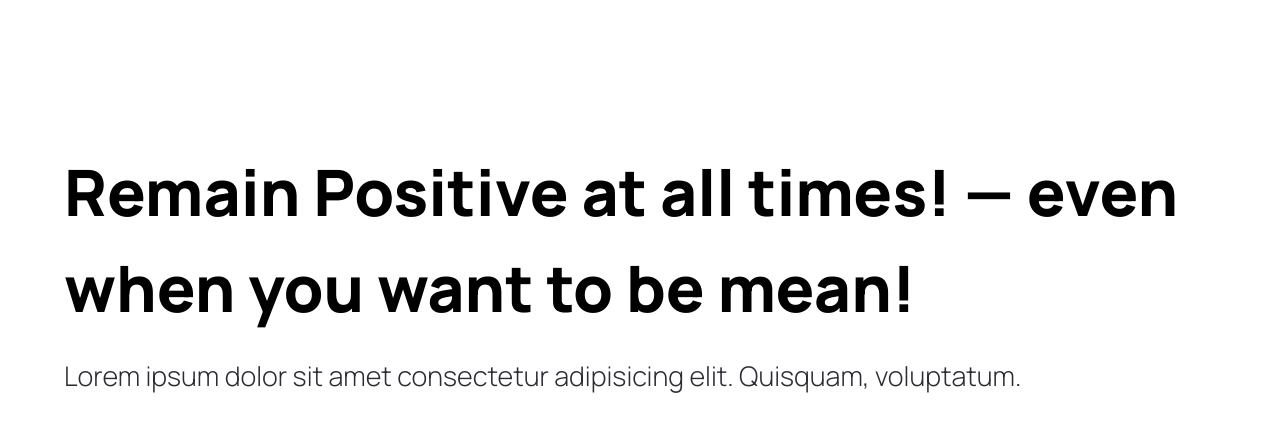
Repository: MikeeBuilds/driver
Page: /
The author's editor kept a copy of each file at every save. The page is drawn from the files as they stood at one save, then again after a run of saves.
The browser window is 1280 px wide. The pictures show the whole page.
The project was rebuilt for these pictures with package versions that can differ from the ones it lists, and the page was loaded fresh each time. The framework's server and built-in components were replaced by stand-ins that run in the browser. Also part of the build but not shown: next.config.js.

Above is the page before, as saved 2023-06-21 21:38:46.

### app/page.tsx
import Hero from '@/components/Hero'
import Image from 'next/image'

export default function Home() {
  return (
    <main className="overflow-hidden">
      <Hero />
    </main>
  )
}

### components/Hero.tsx
import React from 'react'
import Image from 'next/image'

const Hero = () => {
  return (
    <div className='hero'>
        <div className='flex-1 pt-36 padding-x'>
            <h1 className='hero__title'>
                Remain Positive at all times! — even when you want to be mean!
            </h1>

            <p className='hero__subtitle'>
                Lorem ipsum dolor sit amet consectetur adipisicing elit.
                Quisquam, voluptatum.
            </p>
        </div>
    </div>
  )
}

export default Hero

Loaded but not shown: app/layout.tsx (common file); app/globals.css (common file); tailwind.config.js (common file)

After the next 3 saves:
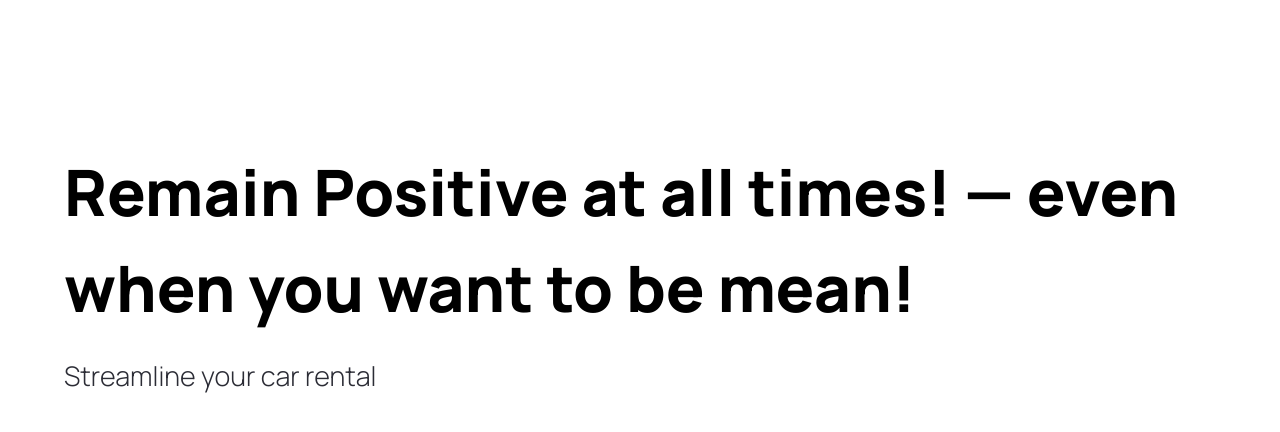
The 3 saves are shown as one change because they came seconds apart.
The last was saved 17 s later.
--- a/components/Hero.tsx
+++ b/components/Hero.tsx
@@ -10,8 +10,7 @@ const Hero = () => {
             </h1>
 
             <p className='hero__subtitle'>
-                Lorem ipsum dolor sit amet consectetur adipisicing elit.
-                Quisquam, voluptatum.
+                Streamline your car rental
             </p>
         </div>
     </div>
